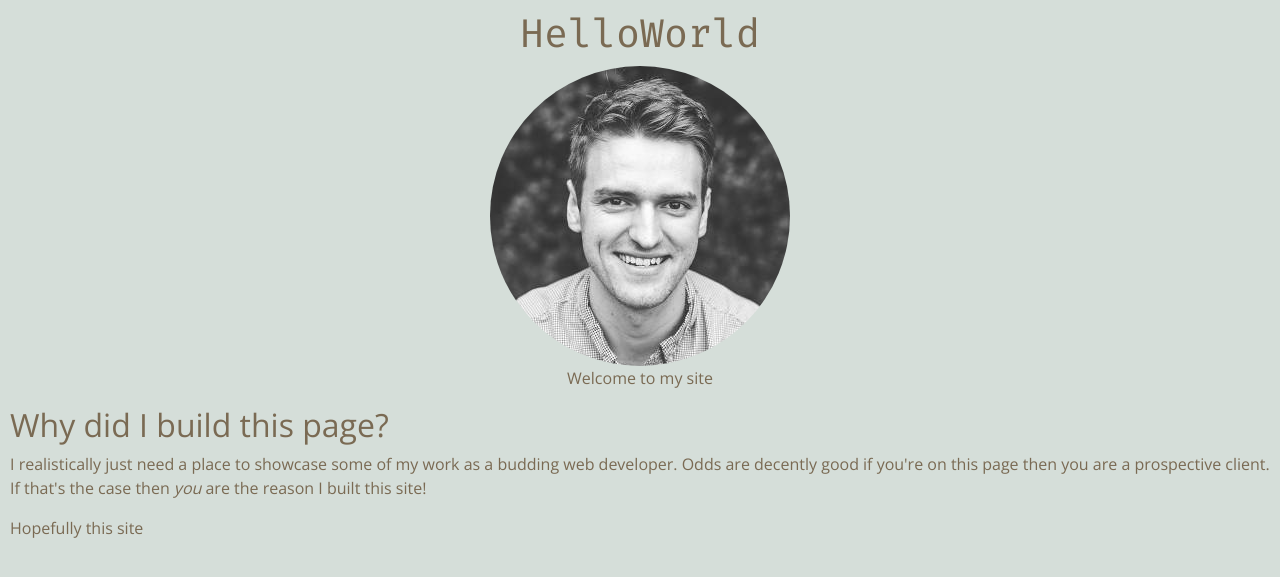
Repository: milespossing/Personal-Page
Page: index.html
These files come from the project's save history. The page is drawn as it stood at one moment and after the next save; the edit follows.
The browser window is 1280 px wide. The pictures show the whole page.

Above is the page before, as saved 2019-09-25 07:05:58.

After the next save:
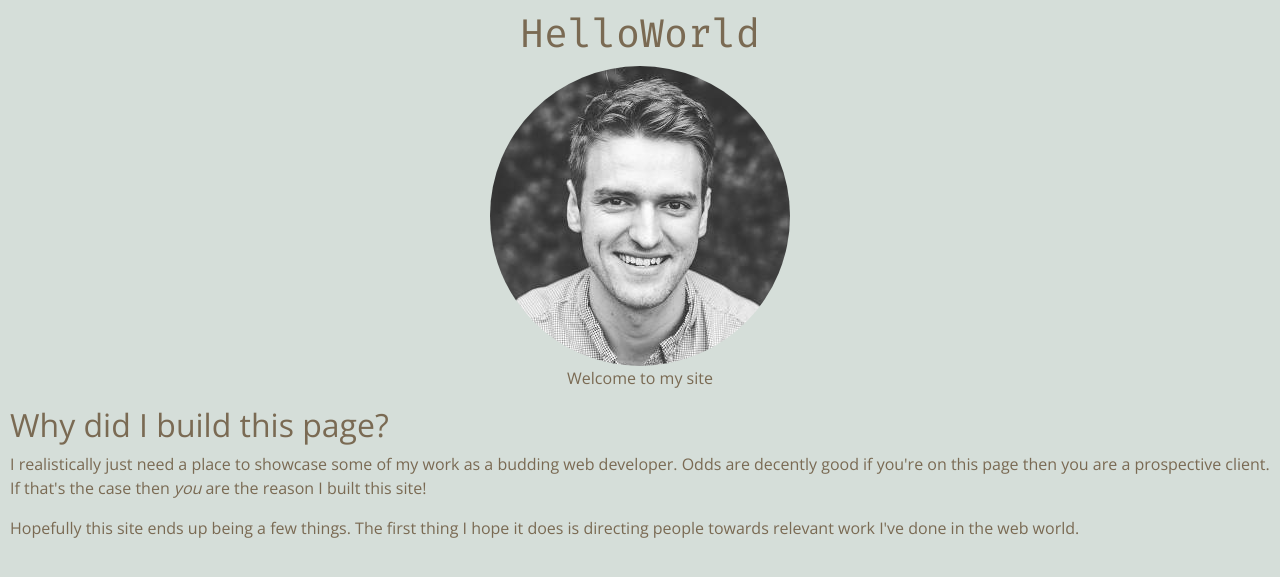
Saved 98 s later.
--- a/index.html
+++ b/index.html
@@ -14,7 +14,7 @@
     <div>
         <h2>Why did I build this page?</h2>
         <p>I realistically just need a place to showcase some of my work as a budding web developer. Odds are decently good if you're on this page then you are a prospective client. If that's the case then <em>you</em> are the reason I built this site!</p>
-        <p>Hopefully this site </p>
+        <p>Hopefully this site ends up being a few things. The first thing I hope it does is directing people towards relevant work I've done in the web world.</p>
     </div>
 
 </body>
